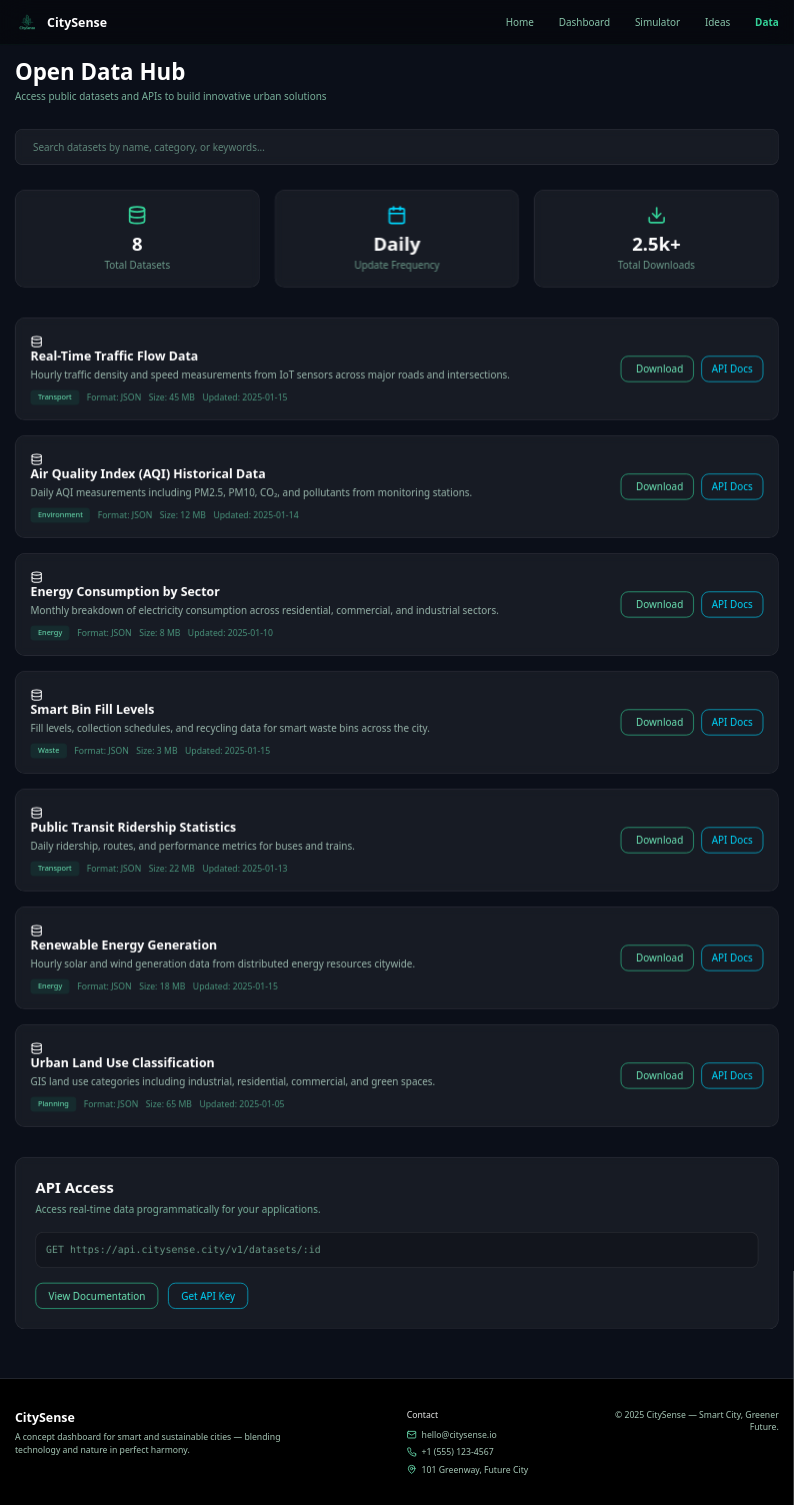
Repository: crashyet/CitySense
Page: /data
The author's editor kept a copy of each file at every save. The page is drawn from the files as they stood at one save, then again after a run of saves.
The browser window is 1280 px wide. The pictures show the whole page, at 62% of full size.
The project was rebuilt for these pictures with package versions that can differ from the ones it lists, and the page was loaded fresh each time. Also part of the build but not shown: vite.config.js, src/pages/landing/Hero.jsx, src/pages/landing/DashboardPreview.jsx, src/pages/landing/Infographic.jsx, src/pages/landing/Community.jsx, src/pages/landing/index.jsx, src/components/EnergyPieChart.jsx, src/components/TrafficCongestionChart.jsx and 4 more.

Above is the page before, as saved 2025-11-18 15:54:16.

### src/App.jsx
import { Routes, Route } from "react-router-dom";

import Landing from "./pages/landing";
import Dashboard from "./pages/Dashboardpack";
import Simulator from "./pages/Simulator";
import Ideas from "./pages/Ideas";
import DataPage from "./pages/Data";

export default function App() {
  return (
    <Routes>
      <Route path="/" element={<Landing />} />
      <Route path="/dashboard" element={<Dashboard />} />
      <Route path="/simulator" element={<Simulator />} />
      <Route path="/ideas" element={<Ideas />} />
      <Route path="/data" element={<DataPage />} />
    </Routes>
  );
}

### src/pages/Data/index.jsx
import Navbar from "../../components/Navbar";
import Footer from "../../components/Footer";

export default function DataPage() {
  return (
    <>
      <Navbar />

      {/* FULL PAGE BACKGROUND */}
      <div className="min-h-screen w-full bg-[#0b0f19] pt-24 pb-20">
        <div className="max-w-7xl mx-auto px-6 text-white">
          {/* TITLE */}
          <h1 className="text-4xl font-bold">Open Data Hub</h1>
          <p className="text-emerald-200/70 mt-2">
            Access public datasets and APIs to build innovative urban solutions
          </p>

          {/* SEARCH BAR */}
          <div className="mt-10 bg-white/5 border border-white/10 p-4 rounded-xl backdrop-blur">
            <div className="flex items-center gap-3 text-emerald-300">
              <i className="ri-search-line text-xl"></i>
              <input
                type="text"
                className="bg-transparent w-full text-white placeholder-emerald-200/50 focus:outline-none"
                placeholder="Search datasets by name, category, or keywords..."
              />
            </div>
          </div>

          {/* STATS */}
          <div className="grid md:grid-cols-3 gap-6 mt-10">
            <div className="p-6 bg-white/5 border border-white/10 backdrop-blur rounded-2xl text-center">
              <i className="ri-database-2-line text-4xl text-emerald-400">
              <svg
                xmlns="http://www.w3.org/2000/svg"
                width="24"
                height="24"
                viewBox="0 0 24 24"
                fill="none"
                stroke="currentColor"
                stroke-width="2"
                stroke-linecap="round"
                stroke-linejoin="round"
                class="lucide lucide-database h-8 w-8 text-secondary mx-auto mb-2"
              >
                <ellipse cx="12" cy="5" rx="9" ry="3"></ellipse>
                <path d="M3 5V19A9 3 0 0 0 21 19V5"></path>
                <path d="M3 12A9 3 0 0 0 21 12"></path>
              </svg></i>
              <h3 className="mt-3 text-3xl font-bold">8</h3>
              <p className="text-emerald-200/60 mt-1">Total Datasets</p>
            </div>

            <div className="p-6 bg-white/5 border border-white/10 backdrop-blur rounded-2xl text-center">
              <i className="ri-calendar-check-line text-4xl text-[#00d9ff]">
              <svg
                xmlns="http://www.w3.org/2000/svg"
                width="24"
                height="24"
                viewBox="0 0 24 24"
                fill="none"
                stroke="currentColor"
                stroke-width="2"
                stroke-linecap="round"
                stroke-linejoin="round"
                class="lucide lucide-calendar h-8 w-8 text-accent mx-auto mb-2"
              >
                <path d="M8 2v4"></path>
                <path d="M16 2v4"></path>
                <rect width="18" height="18" x="3" y="4" rx="2"></rect>
                <path d="M3 10h18"></path>
              </svg></i>
              <h3 className="mt-3 text-3xl font-bold">Daily</h3>
              <p className="text-emerald-200/60 mt-1">Update Frequency</p>
            </div>

            <div className="p-6 bg-white/5 border border-white/10 backdrop-blur rounded-2xl text-center">
              <i className="ri-download-cloud-line text-4xl text-emerald-400">
                <svg
                  xmlns="http://www.w3.org/2000/svg"
                  width="24"
                  height="24"
                  viewBox="0 0 24 24"
                  fill="none"
                  stroke="currentColor"
                  stroke-width="2"
                  stroke-linecap="round"
                  stroke-linejoin="round"
                  class="lucide lucide-download h-8 w-8 text-secondary mx-auto mb-2"
                >
                  <path d="M21 15v4a2 2 0 0 1-2 2H5a2 2 0 0 1-2-2v-4"></path>
                  <polyline points="7 10 12 15 17 10"></polyline>
                  <line x1="12" x2="12" y1="15" y2="3"></line>
                </svg>
              </i>
              <h3 className="mt-3 text-3xl font-bold">2.5k+</h3>
              <p className="text-emerald-200/60 mt-1">Total Downloads</p>
            </div>
          </div>

          {/* DATASET LIST */}
          <div className="flex flex-col gap-6 mt-12">
            {[
              {
                title: "Real-Time Traffic Flow Data",
                desc: "Hourly traffic density and speed measurements from IoT sensors across major roads and intersections.",
                tag: "Transport",
                size: "45 MB",
                date: "2025-01-15",
              },
              {
                title: "Air Quality Index (AQI) Historical Data",
                desc: "Daily AQI measurements including PM2.5, PM10, CO₂, and pollutants from monitoring stations.",
                tag: "Environment",
                size: "12 MB",
                date: "2025-01-14",
              },
              {
                title: "Energy Consumption by Sector",
                desc: "Monthly breakdown of electricity consumption across residential, commercial, and industrial sectors.",
                tag: "Energy",
                size: "8 MB",
                date: "2025-01-10",
              },
              {
                title: "Smart Bin Fill Levels",
                desc: "Fill levels, collection schedules, and recycling data for smart waste bins across the city.",
                tag: "Waste",
                size: "3 MB",
                date: "2025-01-15",
              },
              {
                title: "Public Transit Ridership Statistics",
                desc: "Daily ridership, routes, and performance metrics for buses and trains.",
                tag: "Transport",
                size: "22 MB",
                date: "2025-01-13",
              },
              {
                title: "Renewable Energy Generation",
                desc: "Hourly solar and wind generation data from distributed energy resources citywide.",
                tag: "Energy",
                size: "18 MB",
                date: "2025-01-15",
              },
              {
                title: "Urban Land Use Classification",
                desc: "GIS land use categories including industrial, residential, commercial, and green spaces.",
                tag: "Planning",
                size: "65 MB",
                date: "2025-01-05",
              },
            ].map((item, idx) => (
              <div
                key={idx}
                className="p-6 bg-white/5 border border-white/10 rounded-2xl backdrop-blur"
              >
                <div className="flex flex-col md:flex-row md:items-center justify-between gap-5">

                  {/* LEFT */}
                  <div>
                    <svg xmlns="http://www.w3.org/2000/svg" width="24" height="24" viewBox="0 0 24 24" fill="none" stroke="currentColor" stroke-width="2" stroke-linecap="round" stroke-linejoin="round" class="lucide lucide-database h-5 w-5 text-secondary mt-1"><ellipse cx="12" cy="5" rx="9" ry="3"></ellipse><path d="M3 5V19A9 3 0 0 0 21 19V5"></path><path d="M3 12A9 3 0 0 0 21 12"></path></svg>
                    <h2 className="text-xl font-semibold">{item.title}</h2>
                    <p className="text-emerald-100/70 mt-1">{item.desc}</p>

                    <div className="flex flex-wrap items-center gap-3 mt-3">
                      <span className="px-3 py-1 rounded-md bg-emerald-500/10 text-emerald-300 text-xs">
                        {item.tag}
                      </span>
                      <span className="text-emerald-300/60 text-sm">
                        Format: JSON
                      </span>
                      <span className="text-emerald-300/60 text-sm">
                        Size: {item.size}
                      </span>
                      <span className="text-emerald-300/60 text-sm">
                        Updated: {item.date}
                      </span>
                    </div>
                  </div>

                  {/* RIGHT BUTTONS */}
                  <div className="flex gap-3">
                    <button className="px-4 py-2 rounded-xl border border-emerald-400 text-emerald-300 hover:bg-emerald-400/10 transition flex items-center gap-2">
                      <i className="ri-download-line"></i>
                      Download
                    </button>

                    <button className="px-4 py-2 rounded-xl border border-[#00d9ff] text-[#00d9ff] hover:bg-emerald-400/10 transition">
                      API Docs
                    </button>
                  </div>
                </div>
              </div>
            ))}
          </div>

          {/* API ACCESS */}
          <div className="p-8 mt-12 bg-white/5 border border-white/10 backdrop-blur rounded-2xl">
            <h2 className="text-2xl font-semibold">API Access</h2>
            <p className="text-emerald-200/70 mt-2">
              Access real-time data programmatically for your applications.
            </p>

            <div className="mt-6 p-4 bg-black/20 border border-white/10 rounded-xl text-emerald-200/60 font-mono">
              GET https://api.citysense.city/v1/datasets/:id
            </div>

            <div className="flex gap-4 mt-6">
              <button className="px-5 py-2 rounded-xl border border-emerald-400 text-emerald-300 hover:bg-emerald-400/10 transition">
                View Documentation
              </button>

              <button className="px-5 py-2 rounded-xl border border-[#00d9ff] text-[#00d9ff] hover:bg-emerald-400/10 transition">
                Get API Key
              </button>

            </div>
          </div>
        </div>
      </div>

      <Footer />
    </>
  );
}

### src/components/Navbar.jsx
import { NavLink } from "react-router-dom";
import { useState } from "react";
import Logo from "../assets/logo.png"; // sesuaikan path logo

export default function Navbar() {
  const [open, setOpen] = useState(false);

  const linkClass = ({ isActive }) =>
    isActive
      ? "text-emerald-400 font-semibold"
      : "text-emerald-200/80 hover:text-white";

  return (
    <header className="fixed w-full z-50 bg-black/40 backdrop-blur-xl border-b border-emerald-400/20 px-6 py-4">
      <div className="max-w-7xl mx-auto flex justify-between items-center">

        {/* LOGO */}
        <NavLink to="/" className="flex items-center gap-3">
          <img src={Logo} className="w-10 h-10" />
          <span className="text-xl text-white font-semibold">CitySense</span>
        </NavLink>

        {/* DESKTOP NAV */}
        <nav className="hidden md:flex gap-10">
          <NavLink to="/" className={linkClass}>Home</NavLink>
          <NavLink to="/dashboard" className={linkClass}>Dashboard</NavLink>
          <NavLink to="/simulator" className={linkClass}>Simulator</NavLink>
          <NavLink to="/ideas" className={linkClass}>Ideas</NavLink>
          <NavLink to="/data" className={linkClass}>Data</NavLink>
        </nav>

        {/* MOBILE BUTTON */}
        <button className="md:hidden text-white" onClick={() => setOpen(!open)}>
          {open ? "✖" : "☰"}
        </button>
      </div>

      {/* MOBILE NAV */}
      {open && (
        <div className="md:hidden bg-black/60 backdrop-blur-lg px-6 pb-4 flex flex-col gap-3">
          <NavLink onClick={() => setOpen(false)} to="/" className="text-white">Home</NavLink>
          <NavLink onClick={() => setOpen(false)} to="/dashboard" className="text-white">Dashboard</NavLink>
          <NavLink onClick={() => setOpen(false)} to="/simulator" className="text-white">Simulator</NavLink>
          <NavLink onClick={() => setOpen(false)} to="/ideas" className="text-white">Ideas</NavLink>
          <NavLink onClick={() => setOpen(false)} to="/data" className="text-white">Data</NavLink>
        </div>
      )}
    </header>
  );
}

### src/components/Footer.jsx
import React from "react";

const Footer = () => {
  return (
    <footer id="contact" className="relative w-full bg-black text-white">
      <div className="mx-auto max-w-7xl px-6 py-12">

        <div className="grid grid-cols-1 gap-8 md:grid-cols-4">

          {/* Brand */}
          <div className="col-span-2">
            <h4 className="text-xl font-semibold">CitySense</h4>
            <p className="mt-2 max-w-md text-sm text-emerald-100/80">
              A concept dashboard for smart and sustainable cities — blending
              technology and nature in perfect harmony.
            </p>
          </div>

          {/* Contact */}
          <div>
            <p className="text-sm font-medium text-white/90">Contact</p>
            <ul className="mt-3 space-y-2 text-sm text-emerald-100/80">

              <li className="flex items-center gap-2">
                <svg xmlns="http://www.w3.org/2000/svg" width="24" height="24"
                  viewBox="0 0 24 24" fill="none" stroke="currentColor"
                  strokeWidth="2" strokeLinecap="round" strokeLinejoin="round"
                  className="lucide lucide-mail h-4 w-4 text-emerald-300">
                  <rect width="20" height="16" x="2" y="4" rx="2"></rect>
                  <path d="m22 7-8.97 5.7a1.94 1.94 0 0 1-2.06
                    0L2 7"></path>
                </svg>
                hello@citysense.io
              </li>

              <li className="flex items-center gap-2">
                <svg xmlns="http://www.w3.org/2000/svg" width="24" height="24"
                  viewBox="0 0 24 24" fill="none" stroke="currentColor"
                  strokeWidth="2" strokeLinecap="round" strokeLinejoin="round"
                  className="lucide lucide-phone h-4 w-4 text-emerald-300">
                  <path d="M22 16.92v3a2 2 0 0 1-2.18
                    2 19.79 19.79 0 0 1-8.63-3.07 19.5
                    19.5 0 0 1-6-6 19.79 19.79 0 0
                    1-3.07-8.67A2 2 0 0 1 4.11 2h3a2
                    2 0 0 1 2 1.72 12.84 12.84 0 0
                    0 .7 2.81 2 2 0 0 1-.45
                    2.11L8.09 9.91a16 16 0 0 0 6
                    6l1.27-1.27a2 2 0 0 1 2.11-.45
                    12.84 12.84 0 0 0 2.81.7A2
                    2 0 0 1 22 16.92z"></path>
                </svg>
                +1 (555) 123-4567
              </li>

              <li className="flex items-center gap-2">
                <svg xmlns="http://www.w3.org/2000/svg" width="24" height="24"
                  viewBox="0 0 24 24" fill="none" stroke="currentColor"
                  strokeWidth="2" strokeLinecap="round" strokeLinejoin="round"
                  className="lucide lucide-map-pin h-4 w-4 text-emerald-300">
                  <path d="M20 10c0 6-8 12-8
                    12s-8-6-8-12a8 8 0 0 1
                    16 0Z"></path>
                  <circle cx="12" cy="10" r="3"></circle>
                </svg>
                101 Greenway, Future City
              </li>

            </ul>
          </div>

          {/* Copyright */}
          <div className="md:text-right">
            <p className="text-sm text-emerald-100/80">
              © 2025 CitySense — Smart City, Greener Future.
            </p>
          </div>

        </div>
      </div>
    </footer>
  );
};

export default Footer;

Loaded but not shown: index.html (common file); src/main.jsx (common file); src/index.css (common file); tailwind.config.js (common file)

After the next 3 saves:
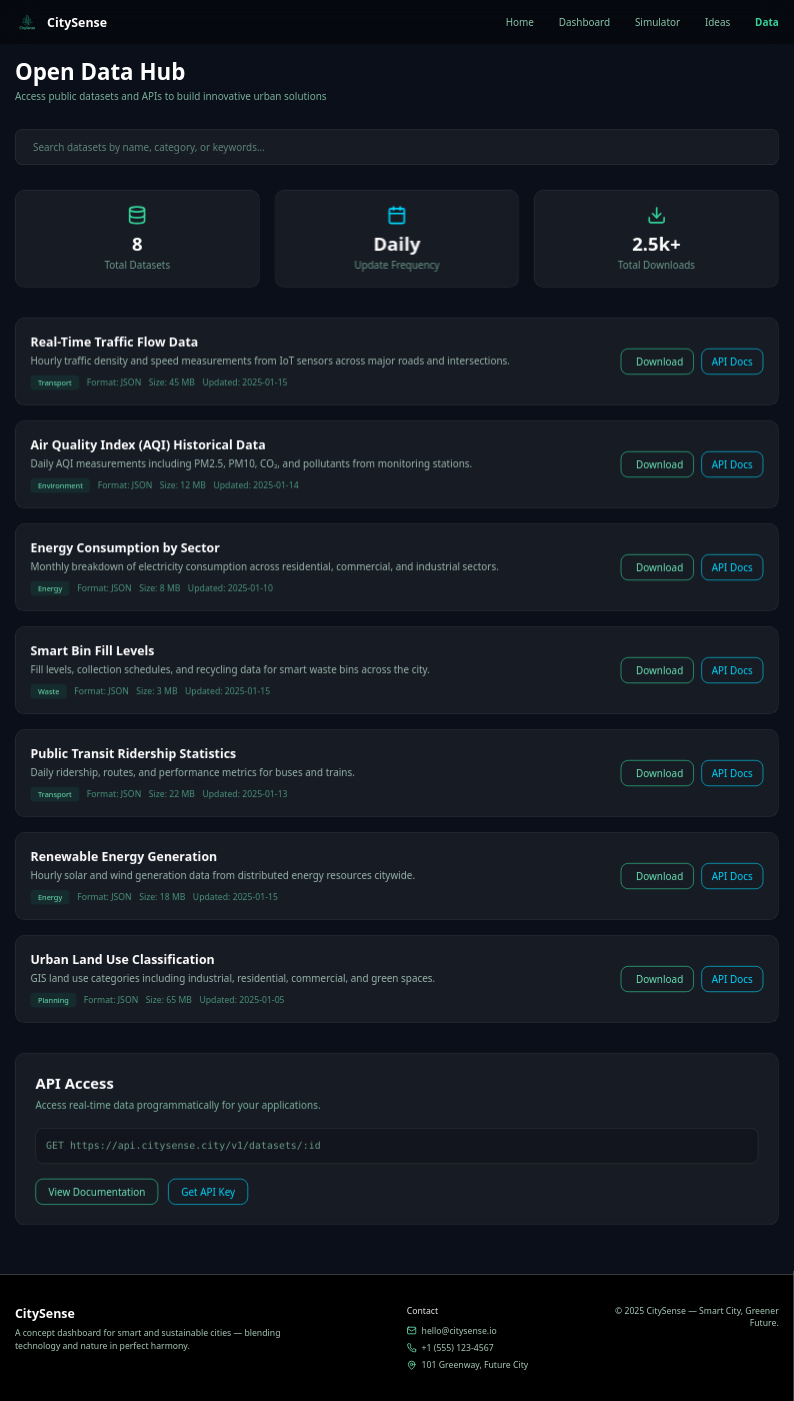
The 3 saves are shown as one change because they came seconds apart.
The last was saved 28 s later.
--- a/src/pages/Data/index.jsx
+++ b/src/pages/Data/index.jsx
@@ -159,7 +159,6 @@ export default function DataPage() {
 
                   {/* LEFT */}
                   <div>
-                    <svg xmlns="http://www.w3.org/2000/svg" width="24" height="24" viewBox="0 0 24 24" fill="none" stroke="currentColor" stroke-width="2" stroke-linecap="round" stroke-linejoin="round" class="lucide lucide-database h-5 w-5 text-secondary mt-1"><ellipse cx="12" cy="5" rx="9" ry="3"></ellipse><path d="M3 5V19A9 3 0 0 0 21 19V5"></path><path d="M3 12A9 3 0 0 0 21 12"></path></svg>
                     <h2 className="text-xl font-semibold">{item.title}</h2>
                     <p className="text-emerald-100/70 mt-1">{item.desc}</p>
 
